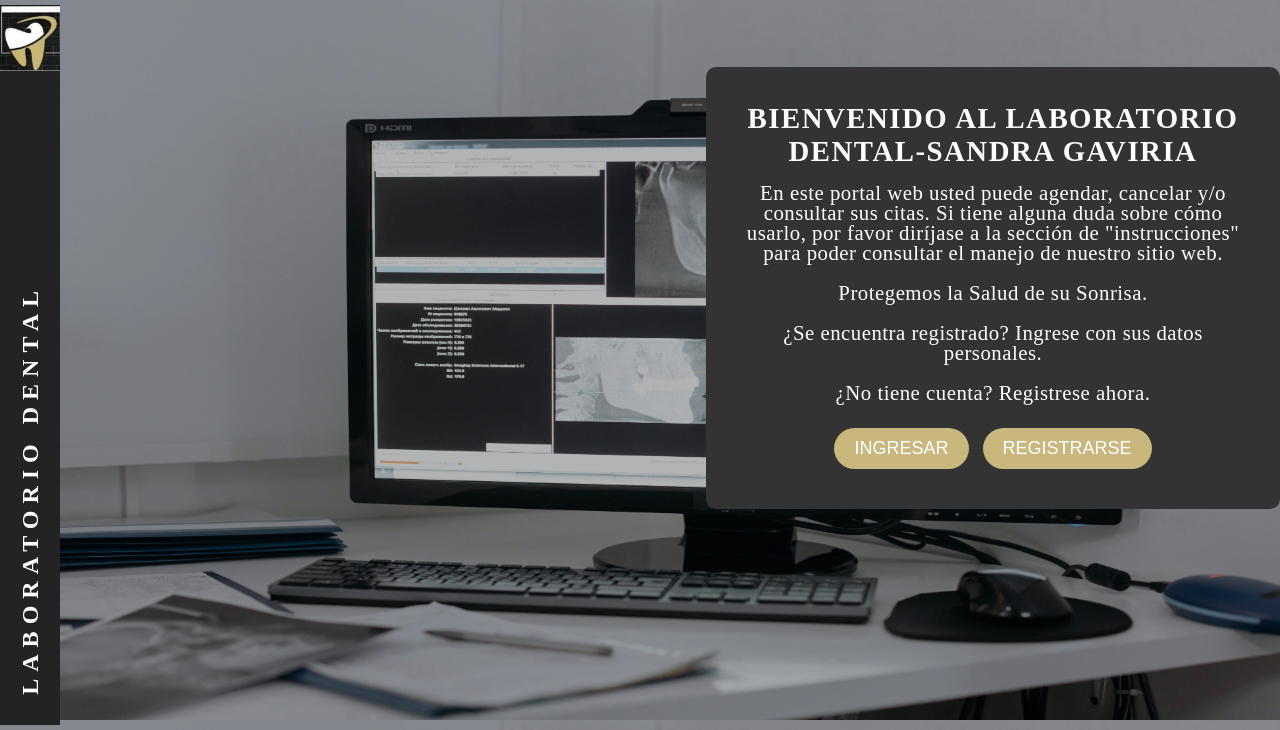
Repository: IIntef/ProyectoDental2.0
Page: Proyecto/Proyecto/Fer.html
These files come from the project's save history. The page is drawn as it stood at one moment and after the next save; the edit follows.
The browser window is 1280 px wide. The pictures show the whole page.
Backgrounds fixed to the window are drawn as part of the page.

Above is the page before, as saved 2024-06-14 16:53:11.

### Proyecto/Proyecto/Fer.html
<!DOCTYPE html>
<html lang="en">
<head>
    <meta charset="UTF-8">
    <meta name="viewport" content="width=device-width, initial-scale=1.0">
    <title>Inicio</title>
    <link rel="stylesheet" href="StyleFer.css">
</head>
<body>
    <header>
        <img src="Logo.jpeg" alt="Logo Laboratorio Dental">
        <h1>LABORATORIO DENTAL</h1>
    </header>
    <main>
        <div class="container">
        <h2>BIENVENIDO AL LABORATORIO DENTAL-SANDRA GAVIRIA</h2>
        <P>En este portal web usted puede agendar, cancelar y/o consultar sus citas. Si tiene alguna duda sobre cómo usarlo, por favor diríjase a la sección de "instrucciones" para poder consultar el manejo de nuestro sitio web.</P>
        <p>Protegemos la Salud de su Sonrisa.</p>
        <p>¿Se encuentra registrado? Ingrese con sus datos personales.</p>
        <p>¿No tiene cuenta? Registrese ahora.</p>

        <div class="buttons">
        <button id="ingresar">INGRESAR</button>
        <button id="registrarse">REGISTRARSE</button>
        </div>
    </div>
    </main>
</body>
</html>

### Proyecto/Proyecto/StyleFer.css
header{
    position: relative;
    background-color: #232323;
    width: fit-content;
    height: 100vh;
    display: flex;
    flex-direction: column;
    align-items: center;
    justify-content: space-between;
    z-index: 1;
}

header h1 {
    writing-mode: vertical-rl;
    letter-spacing: 7px;
    font-size: clamp(1rem, 2.5vw, 1.5rem);
    transform: rotate(180deg);
    color: #fff;
    margin: 30px 0 ;
    font-weight: bold;
}

header img {
    width: 8vw;
    max-width: 60px;
}

main{
    width: 100%;
    justify-content:flex-start;
    align-items: center;
    margin-left: calc(30% - 110px);
}

.container{
    flex: 1;
    background-color: #333;
    color: #ffffff;
    padding: 35px;
    text-align: center;
    width: 70vw;
    max-width: 70vh;
    border-radius: 10px;
    margin-left: auto; /* Empujar hacia la derecha */
    margin-top: 40vh; /* Centrar verticalmente usando un margen */
    transform: translateY(-50%);
}
body {
    padding: 0;
    margin: 0;
    font-family: 'Times New Roman', Times, serif, Helvetica, Arial, sans-serif;
    display: flex;
    align-items: center;
    min-height: 100%;
    background: linear-gradient(rgba(5,7,12,0.3), rgba(5,7,12,0.3)), url("Fondo.jpg"), no-repeat center center fixed;
    width: 100%;
    background-size: cover;
}

h1{
    margin: 0;
    color: white;
    font-family: 'Fredoka One';
    letter-spacing: 1.5px;
    font-size: clamp(1.5rem, 2.5vw, 2rem);
    text-align: center;
}

h2{
    margin: 0;
    color: white;
    font-family: 'Fredoka One';
    letter-spacing: 1.5px;
    font-size: clamp(1.2rem, 2.5vw, 1.8rem);
    text-align:center;
}

p{
    font-weight: 100;
    line-height: 20px;
    letter-spacing: 0.5px;
    margin: 15px 0 20px;
    font-size: clamp(1.2rem, 2.5vw, 1.3rem);
}

a{
    color: white;
    font-size: 17px;
    text-decoration: none;
    margin: 15px 3px;
}

span{
    margin-bottom: 8px;
}

.content {
    display: flex;
    flex-direction: column;
    align-items: center;
}



.buttons {
    margin-top: 20px;
    align-items: center;
}

button {
    font-size: large;
    background-color: #c8b87d;
    color: #ffffff;
    border: none;
    padding: 10px 20px;
    margin: 5px;
    cursor: pointer;
    border-radius: 30px; /* Bordes redondos */
    transition: background-color 0.3s; /* Transición suave del color de fondo */
}

button:hover {
    background-color: #e0d4a0; /* Cambia el color al pasar el cursor */
}

.image-container {
    display: none; /* Oculta el contenedor de imagen */
}

After the next save:
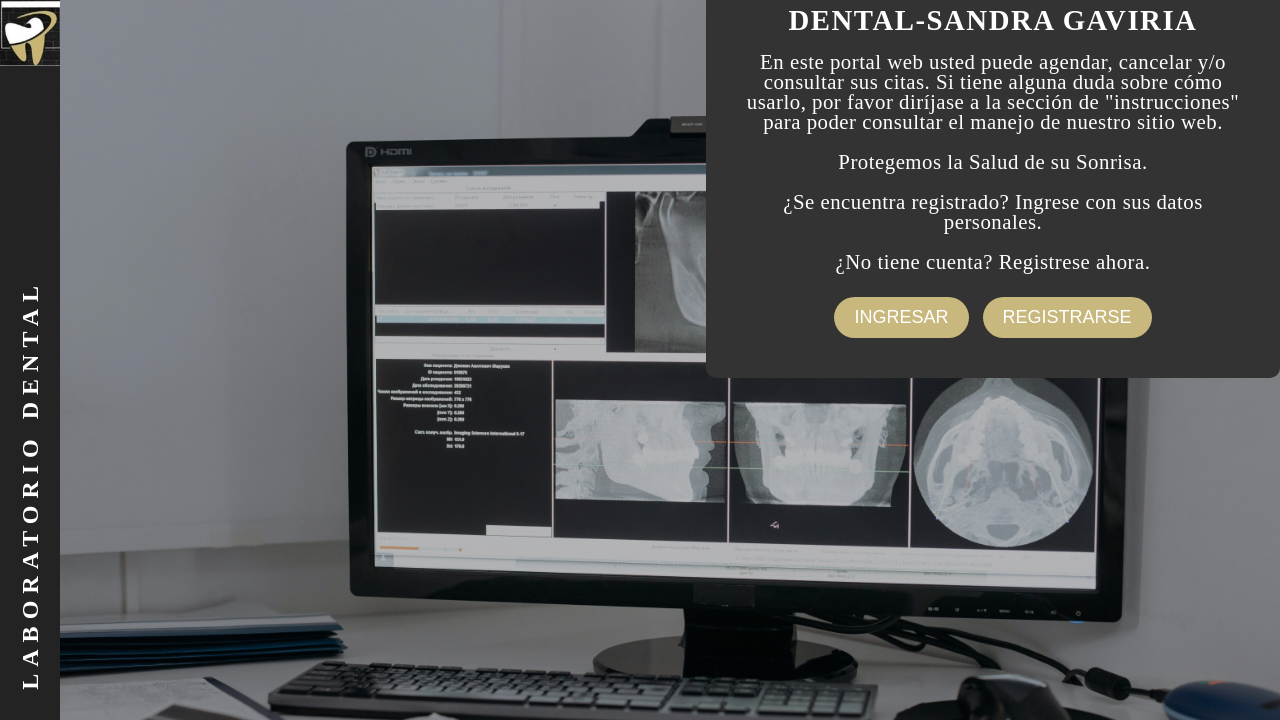
Saved 22 s later.
--- a/Proyecto/Proyecto/StyleFer.css
+++ b/Proyecto/Proyecto/StyleFer.css
@@ -42,7 +42,7 @@ main{
     max-width: 70vh;
     border-radius: 10px;
     margin-left: auto; /* Empujar hacia la derecha */
-    margin-top: 40vh; /* Centrar verticalmente usando un margen */
+    margin-top: 5vh; /* Centrar verticalmente usando un margen */
     transform: translateY(-50%);
 }
 body {
